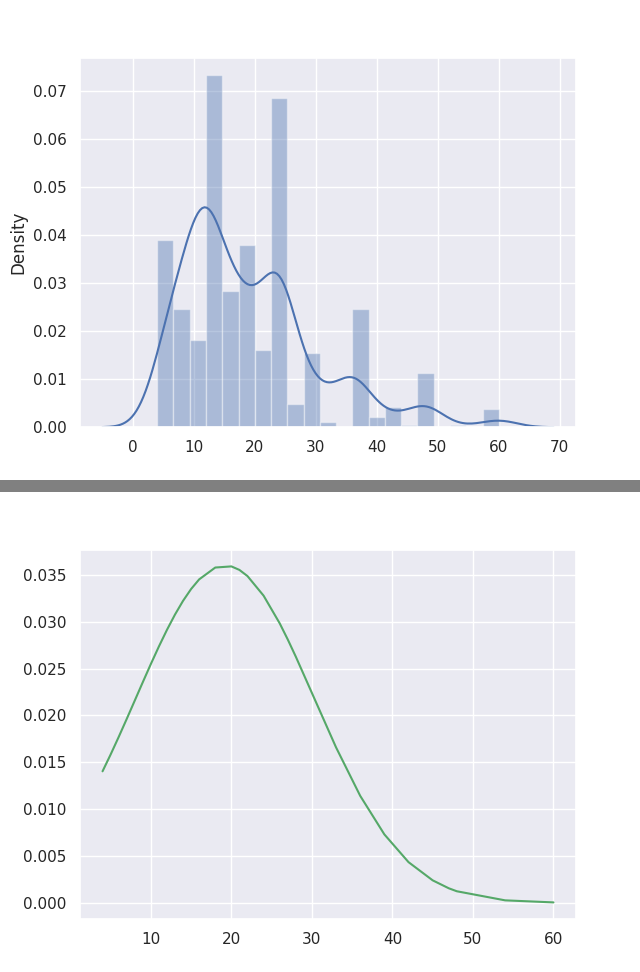
Repository: Suelt/Hust-SE-introduction-to-ML
Script's output: python Bayes Classification/Gaussian.py
These files come from the project's save history. The script's output is drawn as it stood at one moment and after the next save; the edit follows.
Each picture stacks the figures in order, with grey between them; figures that are only written to a file come last. Random numbers start from a fixed seed.

Above is the script's output before, as saved 2021-04-28 12:17:15.

### Bayes Classification/Gaussian.py
import pandas as pd
import numpy as np
import matplotlib.pyplot as plt
import seaborn as sns
from scipy.stats import norm
credit = pd.read_csv("C:\\pyproject\\Bayes Classification\\transformed.csv")

df=credit[credit['credit_risk'].isin(['good'])]
list_status=df['duration']
length=list_status.shape[0]

values = list_status.value_counts().keys().tolist()
values.sort()
# Gaussian_result={}
# whole_percent=0
# rate=0
# #calculate the whole rate
# for value in values:
#     rate=list_status.value_counts()[value]/length
#     whole_percent+=rate
#     Gaussian_result[value]=whole_percent
# fig = plt.figure()
# ax = fig.add_subplot()
# x=[]
# y=[]
# for value in values:
#     x.append(value)
#     y.append(Gaussian_result[value])
# parameter = np.polyfit(x, y, 3)
# y2=[]

# for i in x:
#     y2_value = parameter[0] * i ** 3 + parameter[1] * i ** 2 + parameter[2] * i + parameter[3]
#     y2.append(y2_value)
# print(x)
# plt.scatter(x, y)
# plt.plot(x, y2, color='g')
# # for value in values:
# #     ax.scatter(value, list_status.value_counts()[value])
# ax.set_xlabel('value')
# ax.set_ylabel('value_counts')
# plt.grid()
# plt.show()

sns.set()
x=list(df['duration'])
sns.distplot(x)



fig = plt.figure()
ax = fig.add_subplot()
arr_mean = np.mean(list_status)
arr_std = np.std(list_status,ddof=1)
gaussian_result=[]
y=[]
x=[]
for i in values:
    r_2 = norm.pdf(i, loc=arr_mean, scale=arr_std)
    y.append(r_2)
    x.append(i)
plt.plot(x,y,color='g')
plt.show()

Loaded but not shown: Bayes Classification/transformed.csv (1001 lines, source omitted)

After the next save:
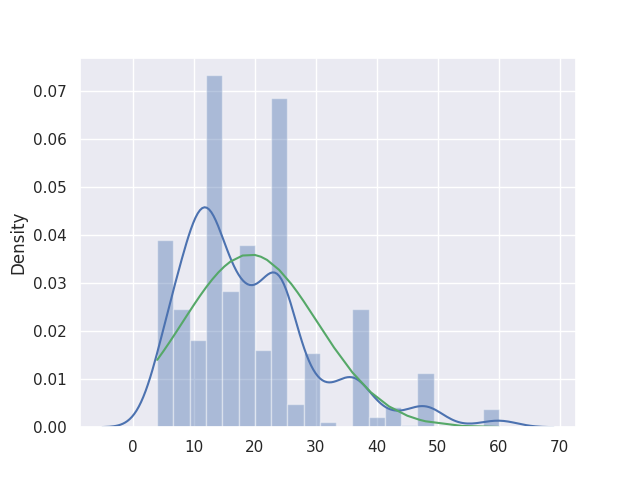
Saved 25 s later.
--- a/Bayes Classification/Gaussian.py
+++ b/Bayes Classification/Gaussian.py
@@ -46,10 +46,6 @@ sns.set()
 x=list(df['duration'])
 sns.distplot(x)
 
-
-
-fig = plt.figure()
-ax = fig.add_subplot()
 arr_mean = np.mean(list_status)
 arr_std = np.std(list_status,ddof=1)
 gaussian_result=[]
